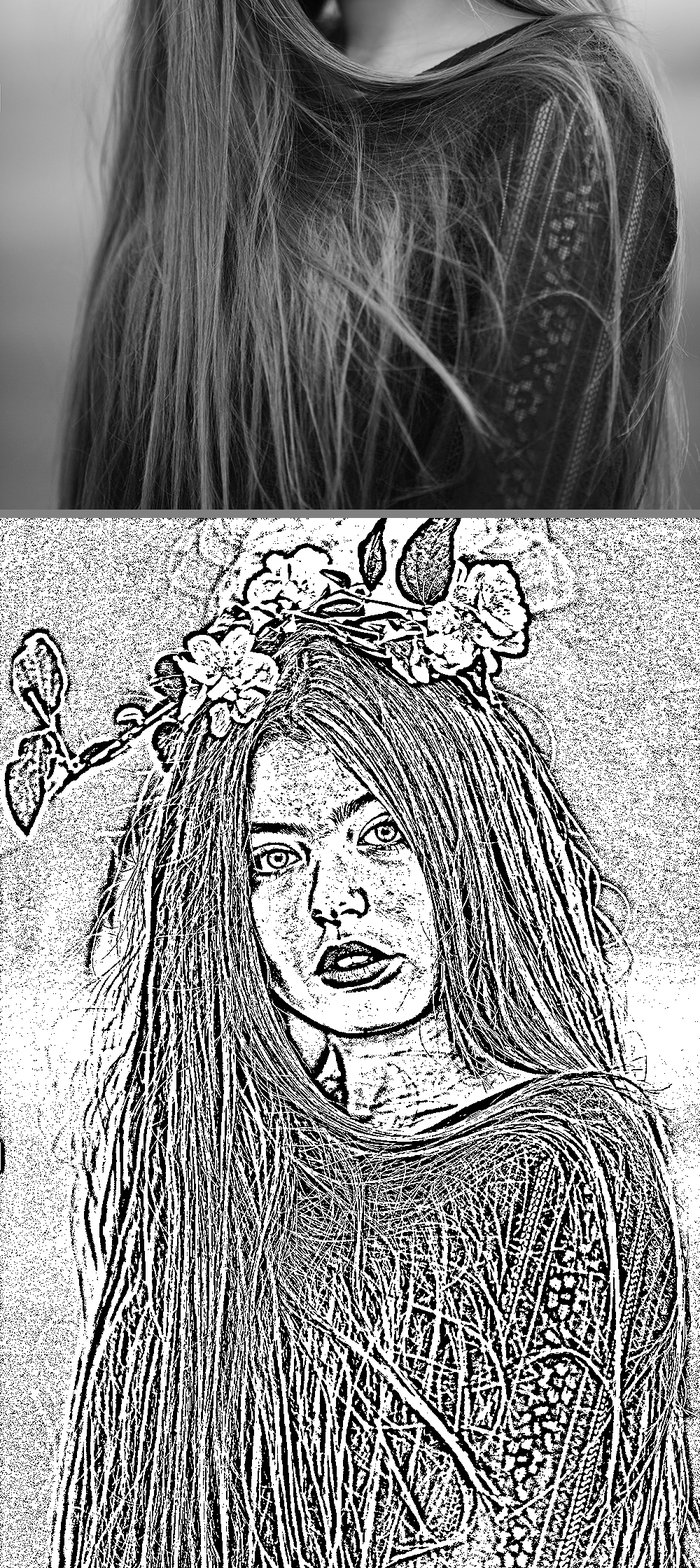
Repository: dongquan1504/ThiGiacMayTinh
Script's output: python threshold.py
An editor plug-in stored every save of this project. The script's output is shown before and after the next save, followed by the edit.
The pictures show rows 772 to 3012 of an output 3012 px tall, at 70% of full size.
Each picture stacks the figures in order, with grey between them; figures that are only written to a file come last. Random numbers start from a fixed seed. It also reads images.jpg.

Above is the script's output before, as saved 2023-12-28 17:15:44.

After the next save:
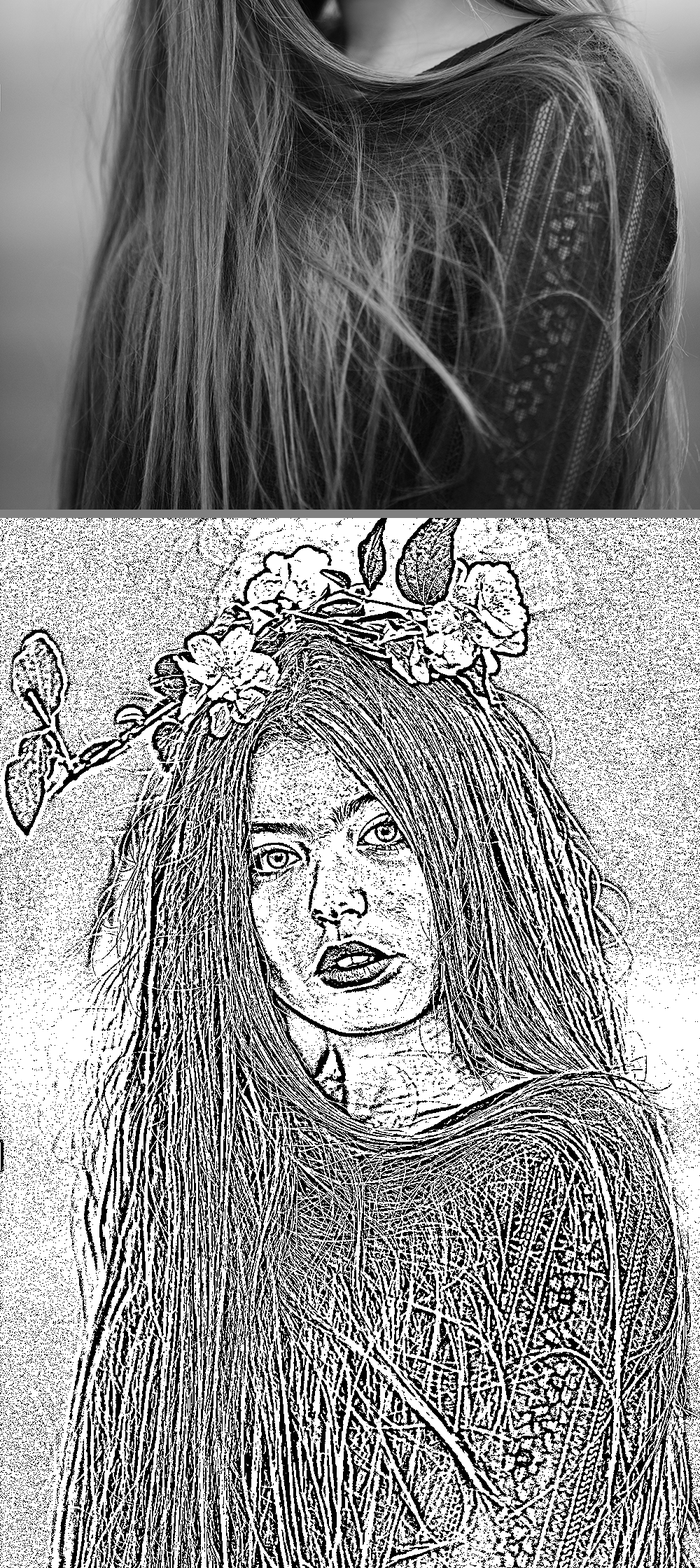
Saved 11 s later.
--- a/threshold.py
+++ b/threshold.py
@@ -7,7 +7,7 @@ image_path = "images.jpg"
 img = cv2.imread(image_path, cv2.IMREAD_GRAYSCALE)
 
 # Áp dụng ngưỡng đa cấp (Adaptive Thresholding)
-adaptive_threshold = cv2.adaptiveThreshold(img, 255, cv2.ADAPTIVE_THRESH_MEAN_C, cv2.THRESH_BINARY, 15, 2)
+adaptive_threshold = cv2.adaptiveThreshold(img, 255, cv2.ADAPTIVE_THRESH_MEAN_C, cv2.THRESH_BINARY, 11, 2)
 #255 là giá trị pixel tối đa đầu ra
 # cv2.ADAPTIVE_THRESH_MEAN_C là phương pháp tính toán ngưỡng
 # cv2.THRESH_BINARY là kiểu ngưỡng
